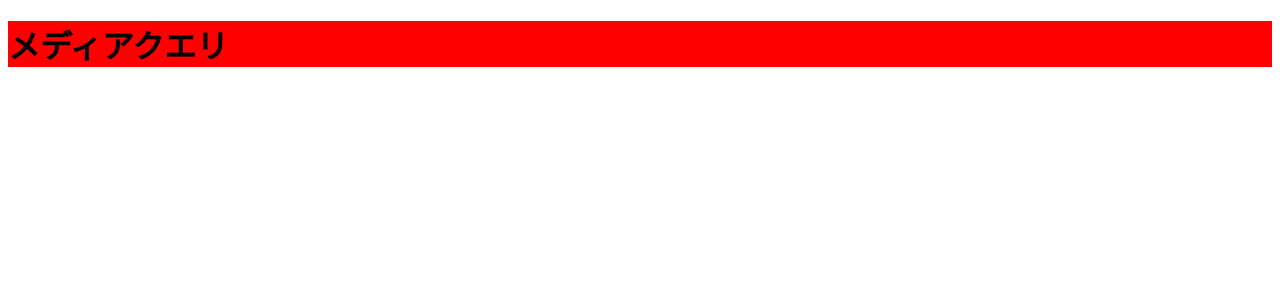
Repository: asajikann/samurai_HTML-CSS
Page: index2.html
The author's editor kept a record of every edit. The page is drawn from the files as they stood at one moment, then again after the next edit.
The browser window is 1280 px wide. The pictures show the whole page.

Above is the page before.

After the next edit:
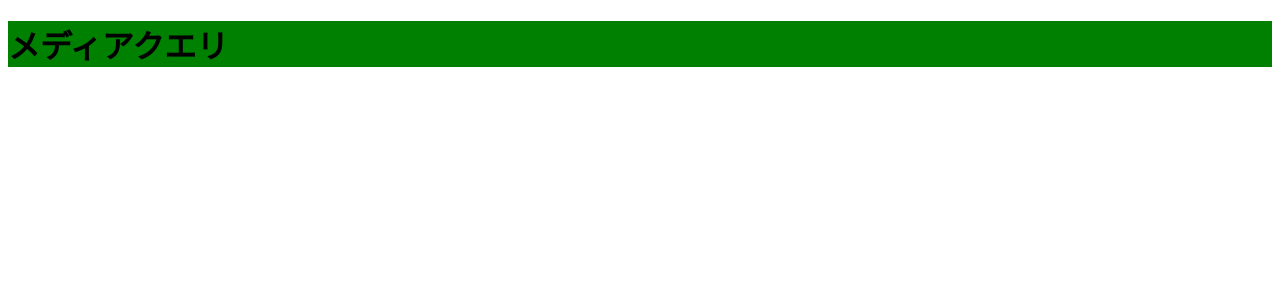
The edit:
--- a/index2.html
+++ b/index2.html
@@ -16,7 +16,7 @@
 
       @media screen and (min-width:640px) {
         .media {
-
+          background-color: green;
         }
       }
     </style>
